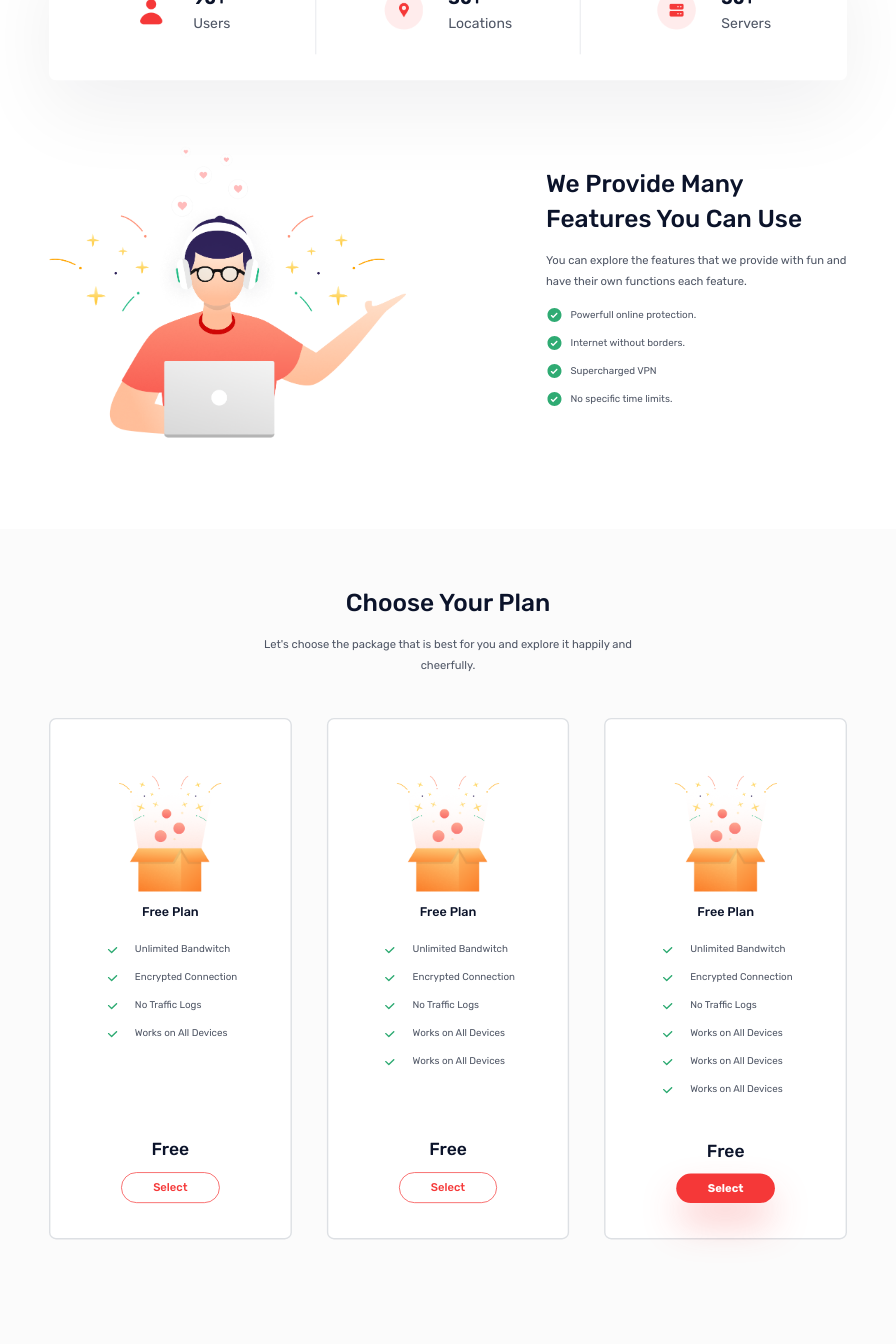
Repository: kebinh1235/lasles-demo
Page: index.html
These files come from the project's save history. The page is drawn as it stood at one moment and after the next save; the edit follows.
The browser window is 1280 px wide. The pictures show the part of the page from y = 682 to 2602 px (the page is 2602 px tall), at 70% of full size.
The style sheet was rebuilt from its Sass, Less or Tailwind sources for each picture, by a compiler version that may differ from the author's.

Above is the page before, as saved 2021-11-04 13:34:38.

After the next save:
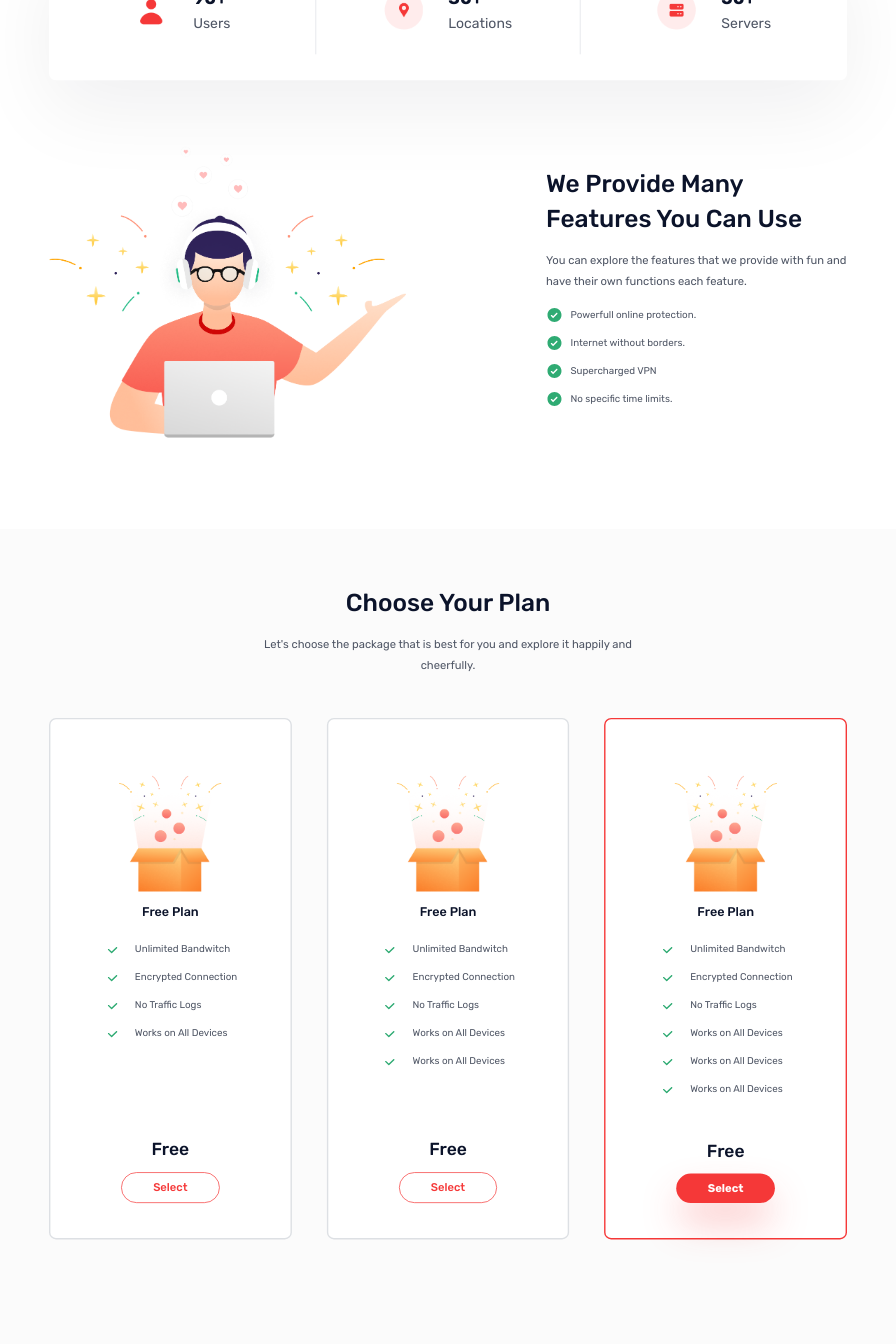
Saved 26 s later.
--- a/sass/_plan.scss
+++ b/sass/_plan.scss
@@ -25,8 +25,8 @@
     flex-direction: column;
     justify-content: center;
     align-items: center;
-    &-item.plan__active,
-      &-item:hover {
+    &.plan__active,
+      &__item:hover {
         border-color: $primary-color;
         .btn {
           background-color: $primary-color;

After the save that followed:
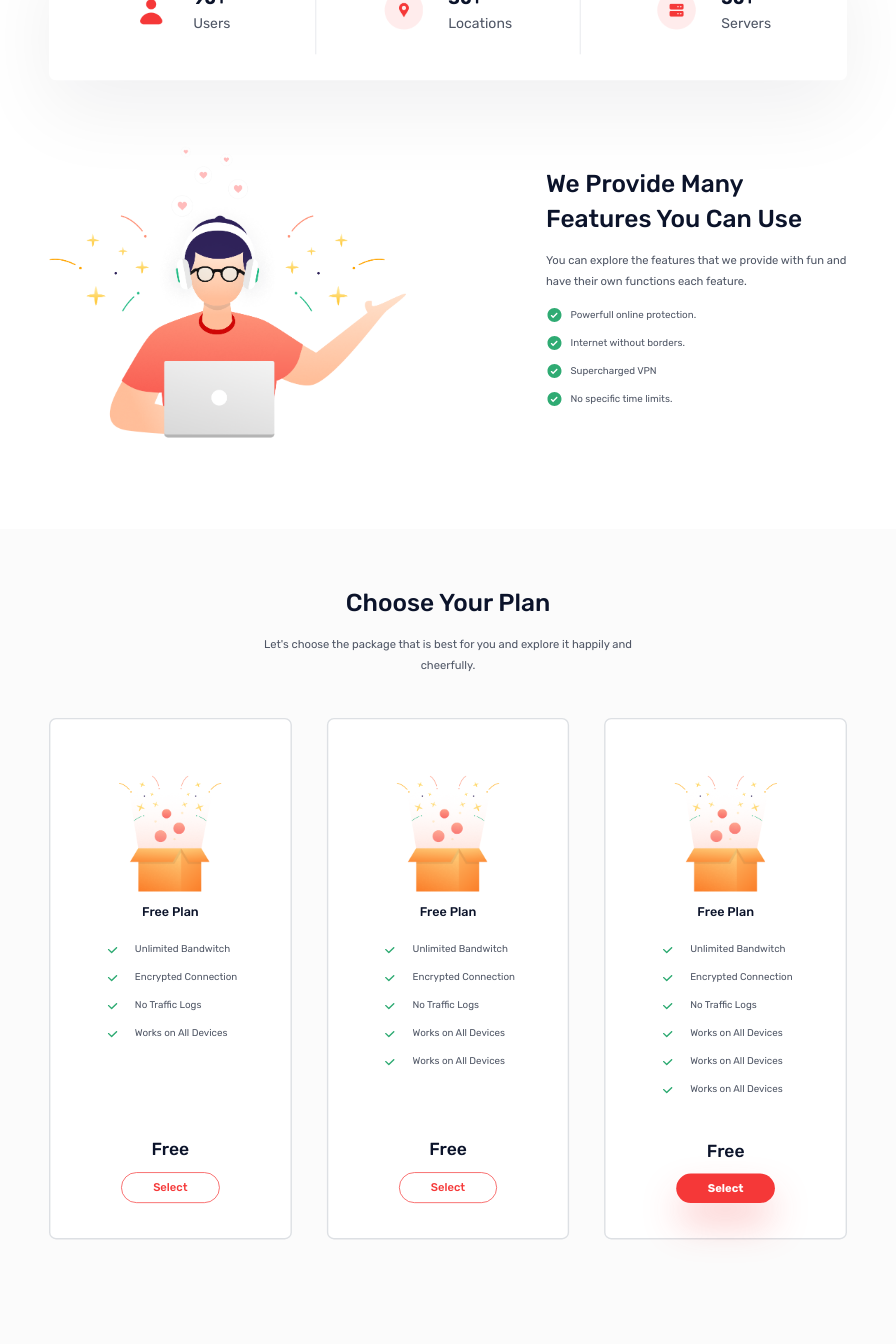
Saved 27 s later.
--- a/sass/_plan.scss
+++ b/sass/_plan.scss
@@ -25,15 +25,15 @@
     flex-direction: column;
     justify-content: center;
     align-items: center;
-    &.plan__active,
-      &__item:hover {
+  }
+  &-item.plan__active,
+      &-item:hover {
         border-color: $primary-color;
         .btn {
           background-color: $primary-color;
           color: $white-color;
         }
       }
-  }
   &__img {
     margin-bottom: 20px;
   }
